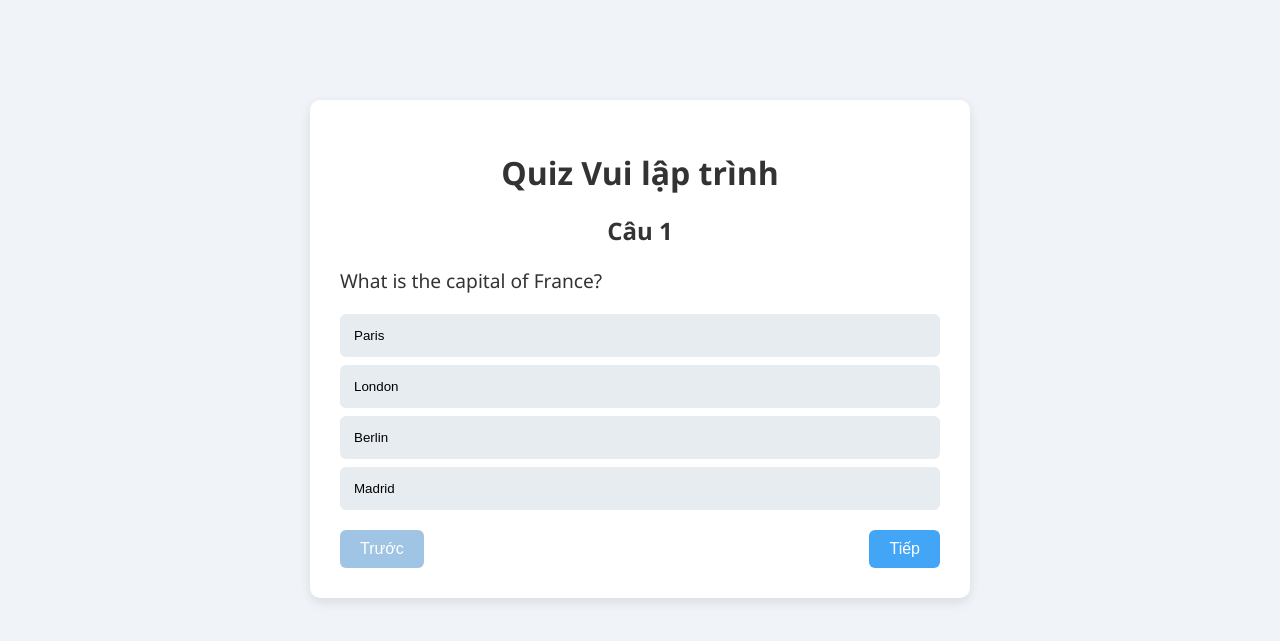
Repository: HuynhPPP/Quiz_App
Page: /
An editor plug-in stored every save of this project. The page is shown before and after the next save, followed by the edit.
The browser window is 1280 px wide. The pictures show the whole page.
The project was rebuilt for these pictures with package versions that can differ from the ones it lists, and the page was loaded fresh each time. Also part of the build but not shown: vite.config.js.

Above is the page before, as saved 2025-09-26 15:03:36.

After the next save:
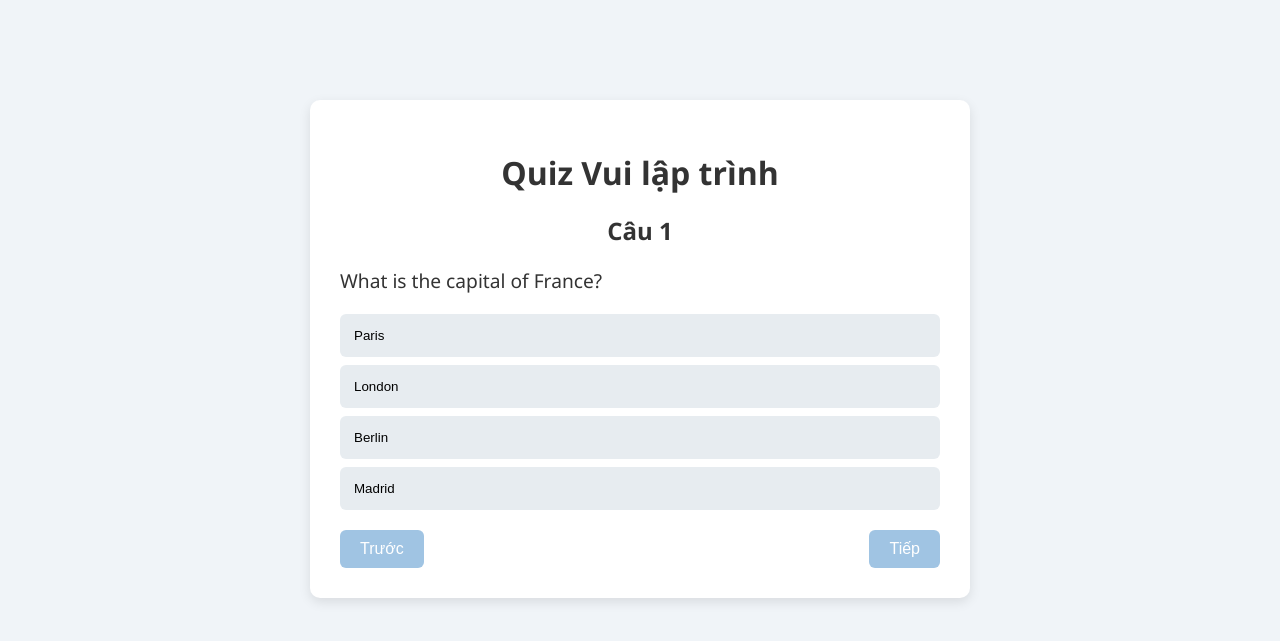
Saved 23 s later.
--- a/src/components/Quiz.jsx
+++ b/src/components/Quiz.jsx
@@ -101,7 +101,7 @@ const Quiz = () => {
                 </button>
                 <button
                     onClick={handleNextQuestion}
-                    disabled={currentQuestion === quizData.length - 1}
+                    disabled={!optionSelected}
                 >
                     Tiếp
                 </button>
